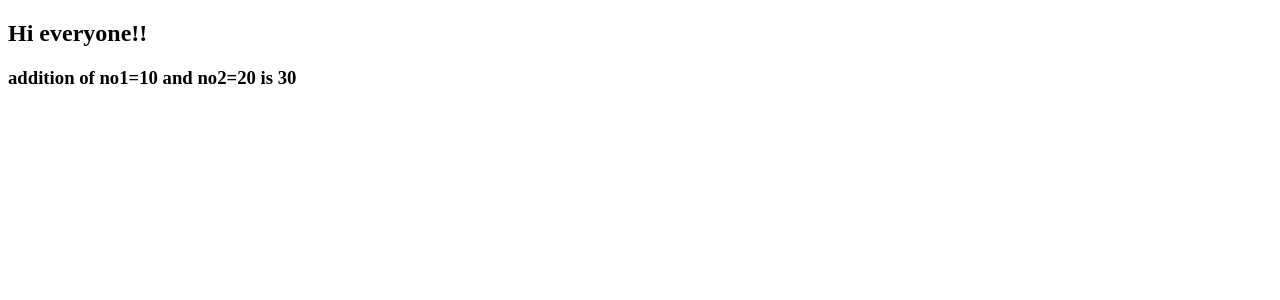
Repository: AwareSelf/JavaTrainingPublic
Page: 15Sep/webapp_1sepbatch/HtmlJSWeb/src/main/webapp/index.html
An editor plug-in stored every save of this project. The page is shown before and after the next save, followed by the edit.
The browser window is 1280 px wide. The pictures show the whole page.

Above is the page before, as saved 2022-09-14 05:28:01.

### 15Sep/webapp_1sepbatch/HtmlJSWeb/src/main/webapp/index.html
<!DOCTYPE html>
<html>
<head>
<meta charset="ISO-8859-1">
<title>Hi Everyone!!</title>
<script type="text/javascript">

  function func(no1,no2)
  {
    //var no1 = 10;
    //var no2 = 20;

    var sum = no1 +  no2;
    // alert(sum);

     return sum;
  }
</script>

</head>
<body>

<h2>Hi everyone!!</h2>


<script type="text/javascript">

  var no1 = 10;
  var no2 = 20;
  var s = func(no1,no2);
  alert("sum is "+s);

  document.write("<h3>addition of no1="+no1+" and no2="+no2+" is "+s+"</h3>");


</script>
</body>
</html>

After the next save:
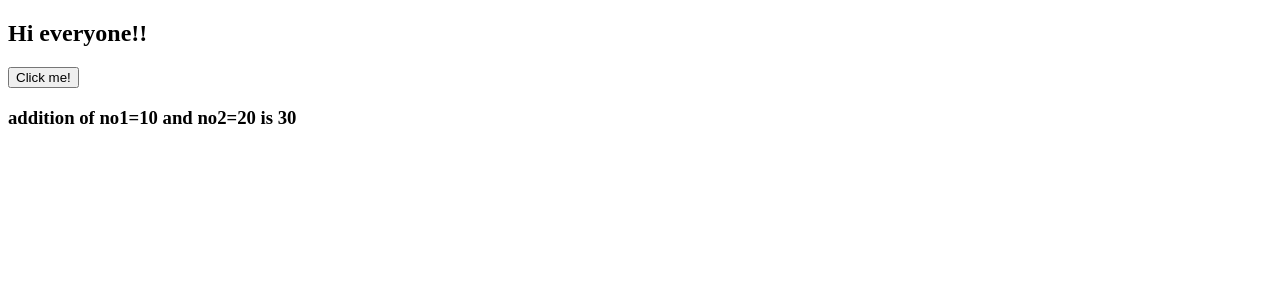
Saved 53 min 14 s later.
--- a/15Sep/webapp_1sepbatch/HtmlJSWeb/src/main/webapp/index.html
+++ b/15Sep/webapp_1sepbatch/HtmlJSWeb/src/main/webapp/index.html
@@ -15,12 +15,18 @@
 
      return sum;
   }
+
+  function func1()
+  {
+     alert("Welcome to HSBC Software");
+  }
 </script>
 
 </head>
 <body>
 
 <h2>Hi everyone!!</h2>
+<button onclick="func1()">Click me!</button>
 
 
 <script type="text/javascript">
